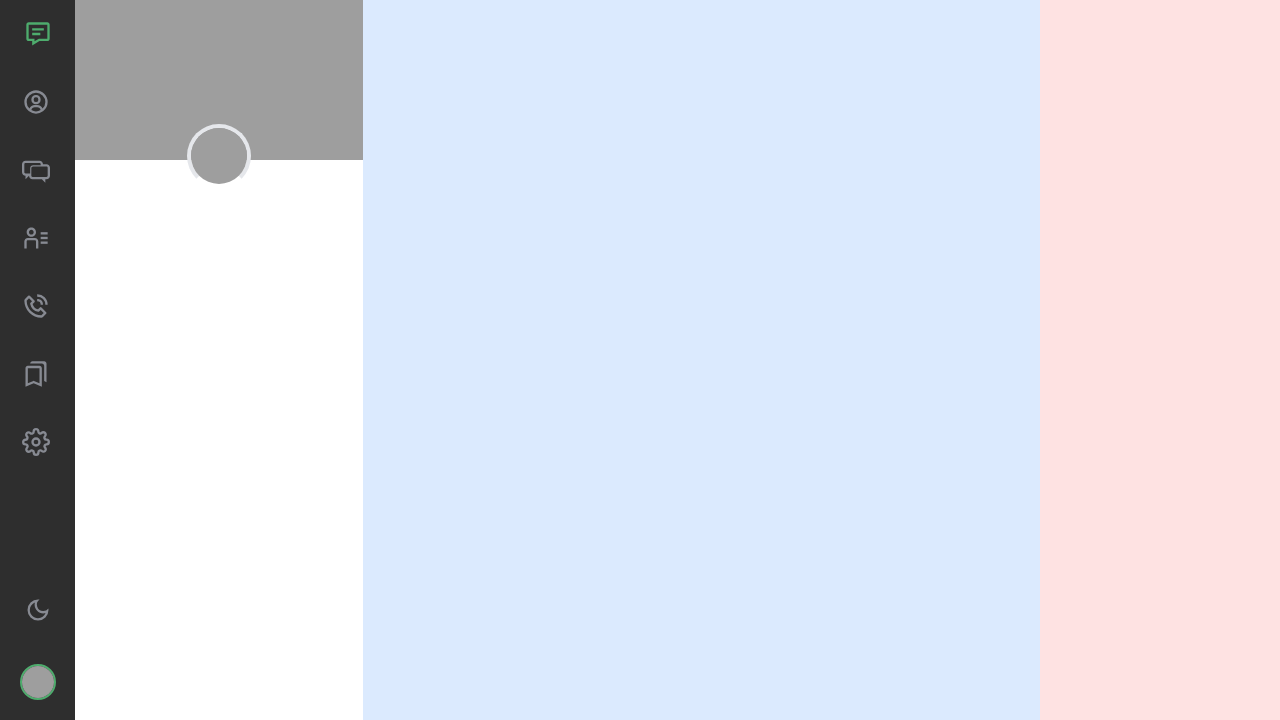
Repository: satya-ranjon/Chat-app
Page: /
An editor plug-in stored every save of this project. The page is shown before and after the next save, followed by the edit.
The browser window is 1280 px wide. The pictures show the whole page.
Pictures or frames that could not be fetched are drawn as grey boxes. The project was rebuilt for these pictures with package versions that can differ from the ones it lists, and the page was loaded fresh each time.

Above is the page before, as saved 2022-03-31 03:21:30.

After the next save:
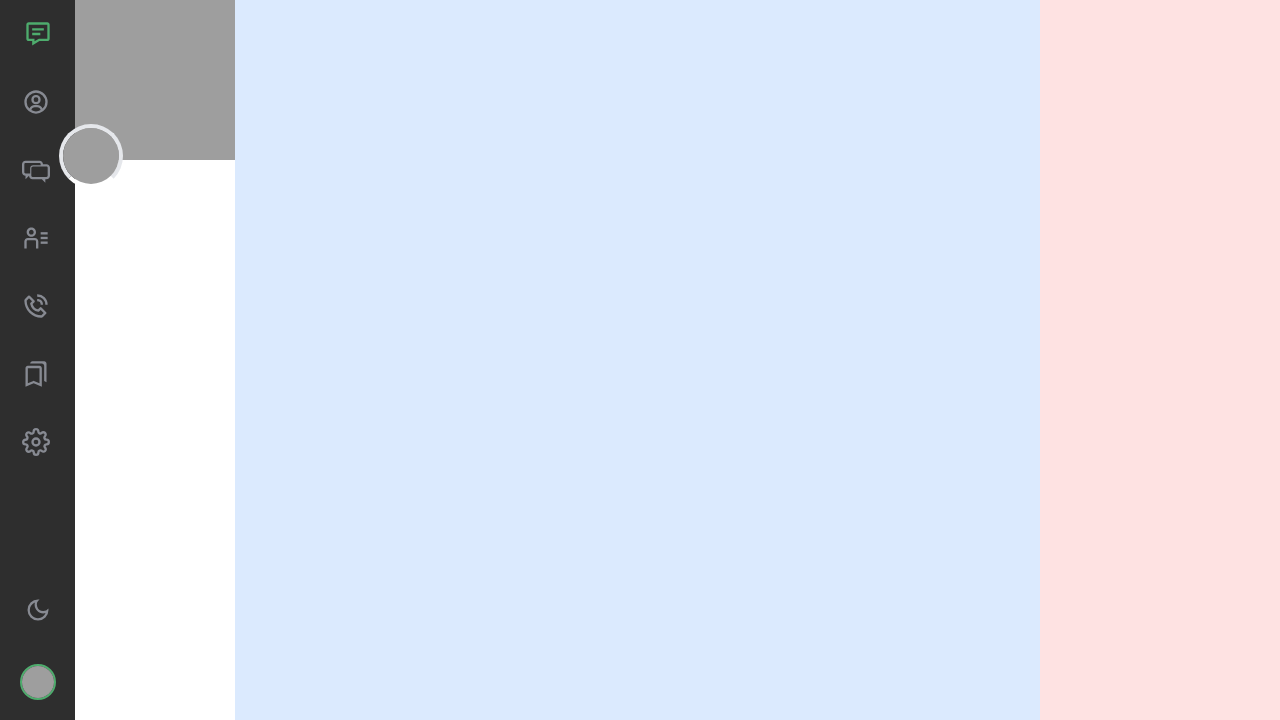
Saved 4 min 28 s later.
--- a/src/components/MyProfile/MyProfile.jsx
+++ b/src/components/MyProfile/MyProfile.jsx
@@ -5,7 +5,7 @@ const Image =
 
 export default function MyProfile() {
   return (
-    <div className="w-72 h-screen ">
+    <div className="w-72 h-screen sm:w-40 ">
       <div className="relative">
         <img src={Image} alt={Image} className="w-full h-40" />
         <UserImage className="w-16 h-16 rounded-full absolute  -bottom-7 right-0 mx-28 border-4 border-b-white" />
